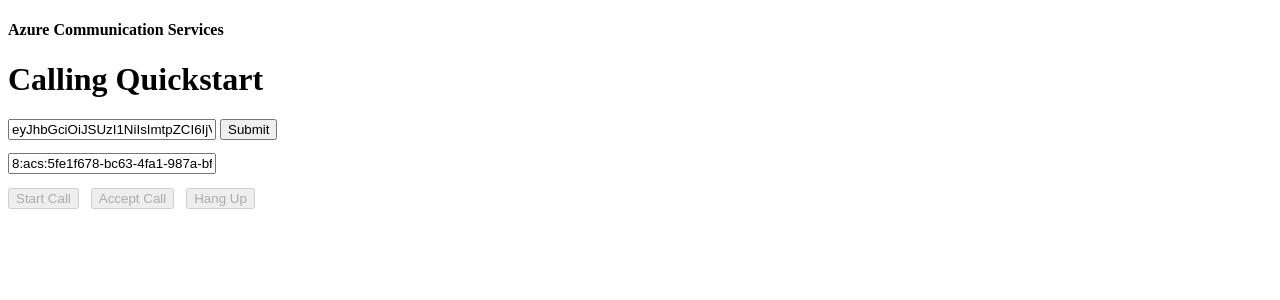
Repository: chetanchoudhary08/azurespeechtotext
Page: add-1-on-1-voice-calling/index.html
An editor plug-in stored every save of this project. The page is shown before and after the next save, followed by the edit.
The browser window is 1280 px wide. The pictures show the whole page.

Above is the page before, as saved 2024-01-11 22:44:51.
Not found: add-1-on-1-voice-calling/main.js

After the next save:
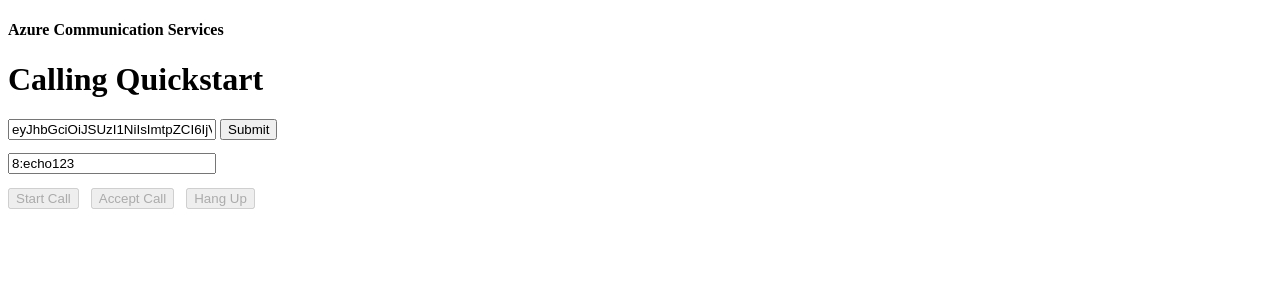
Saved 41 s later.
--- a/add-1-on-1-voice-calling/index.html
+++ b/add-1-on-1-voice-calling/index.html
@@ -17,12 +17,19 @@
     <button id="token-submit" type="button">
         Submit
     </button>
+    <!-- <input
+      id="callee-id-input"
+      type="text"
+      placeholder="Who would you like to call?"
+      style="margin-bottom:1em; width: 200px; display: block;"
+      value="8:acs:5fe1f678-bc63-4fa1-987a-bf1240e1787e_0000001d-97a5-76c3-4ff7-343a0d003b37"
+    /> -->
     <input
       id="callee-id-input"
       type="text"
       placeholder="Who would you like to call?"
       style="margin-bottom:1em; width: 200px; display: block;"
-      value="8:acs:5fe1f678-bc63-4fa1-987a-bf1240e1787e_0000001d-97a5-76c3-4ff7-343a0d003b37"
+      value="8:echo123"
     />
     <div>
       <button id="call-button" type="button" disabled="true">
